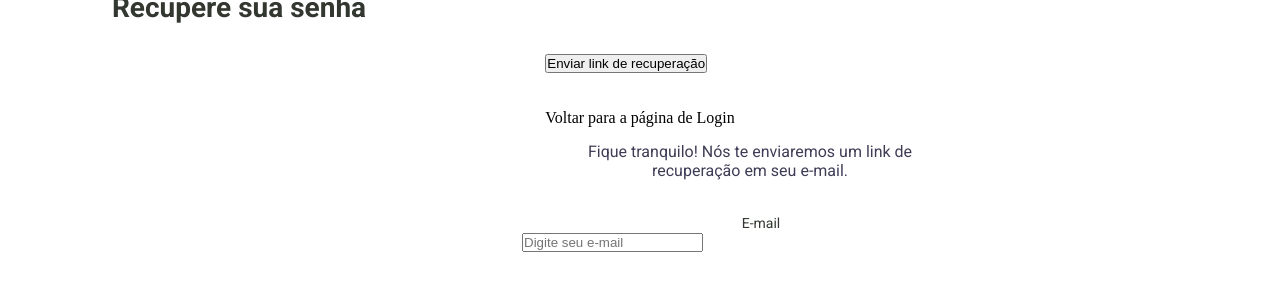
Repository: RenatoCCS/formularios
Page: senha.html
The author's editor kept a copy of each file at every save. The page is drawn from the files as they stood at one save, then again after the next save.
The browser window is 1280 px wide. The pictures show the whole page.

Above is the page before, as saved 2023-03-27 21:14:25.

After the next save:
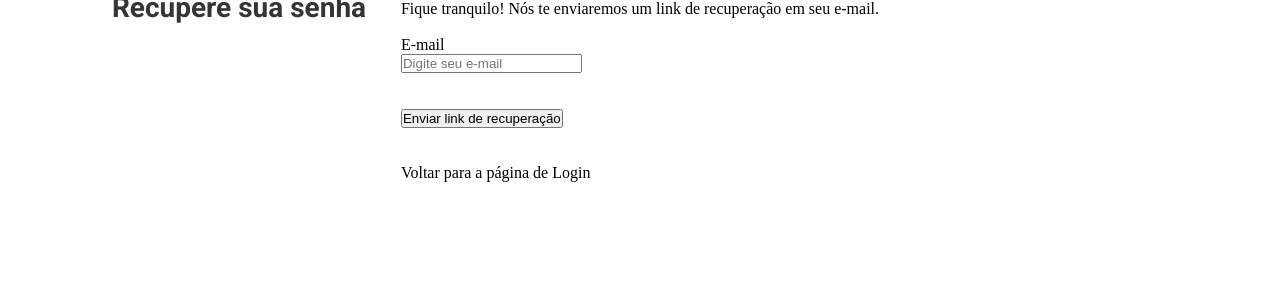
Saved 2 min 7 s later.
--- a/senha.html
+++ b/senha.html
@@ -13,7 +13,7 @@
         <h1>Recupere sua senha</h1>
       </div>
 
-      <div class="form__Senha__Frase">
+      <div class="senha__Frase">
         <p>
           Fique tranquilo! Nós te enviaremos um link de recuperação em seu
           e-mail.
@@ -21,11 +21,11 @@
       </div>
       <br />
 
-      <div class="form__Senha__Email">
-        <label class="form__Senha__Titulo" for="email">E-mail</label>
+      <div class="senha__Email">
+        <label class="senha__Email__Titulo" for="email">E-mail</label>
         <br />
         <input
-          class="form__Senha__Campo"
+          class="senha__Email__Campo"
           id="email"
           type="email"
           name="email"
